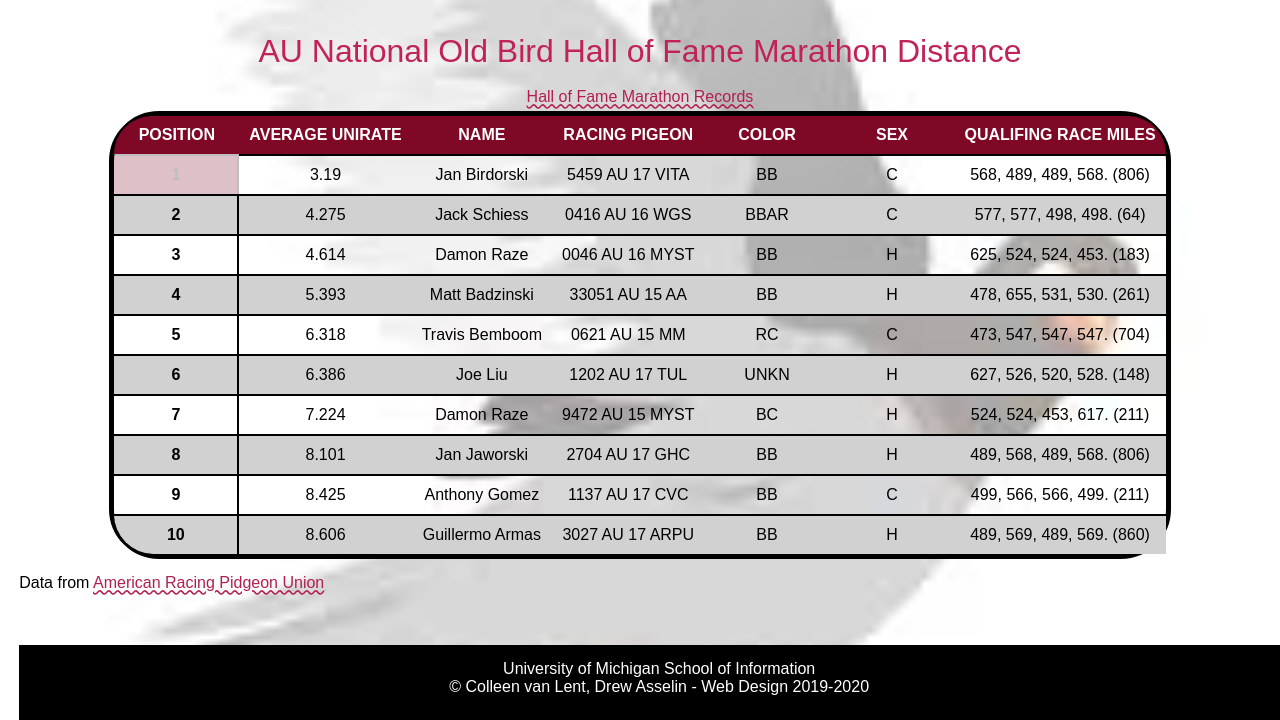
Repository: jiaqili0803/SI_539
Page: hw4-2021-main/hw4-2021-main/index.html
The author's editor kept a copy of each file at every save. The page is drawn from the files as they stood at one save, then again after the next save.
The browser window is 1280 px wide. The pictures show the whole page.
The pointer rests on the first visible `tbody tr th`.
Some web fonts or font styles are not loaded; a fallback is used.

Above is the page before, as saved 2021-10-02 19:10:55.

After the next save:
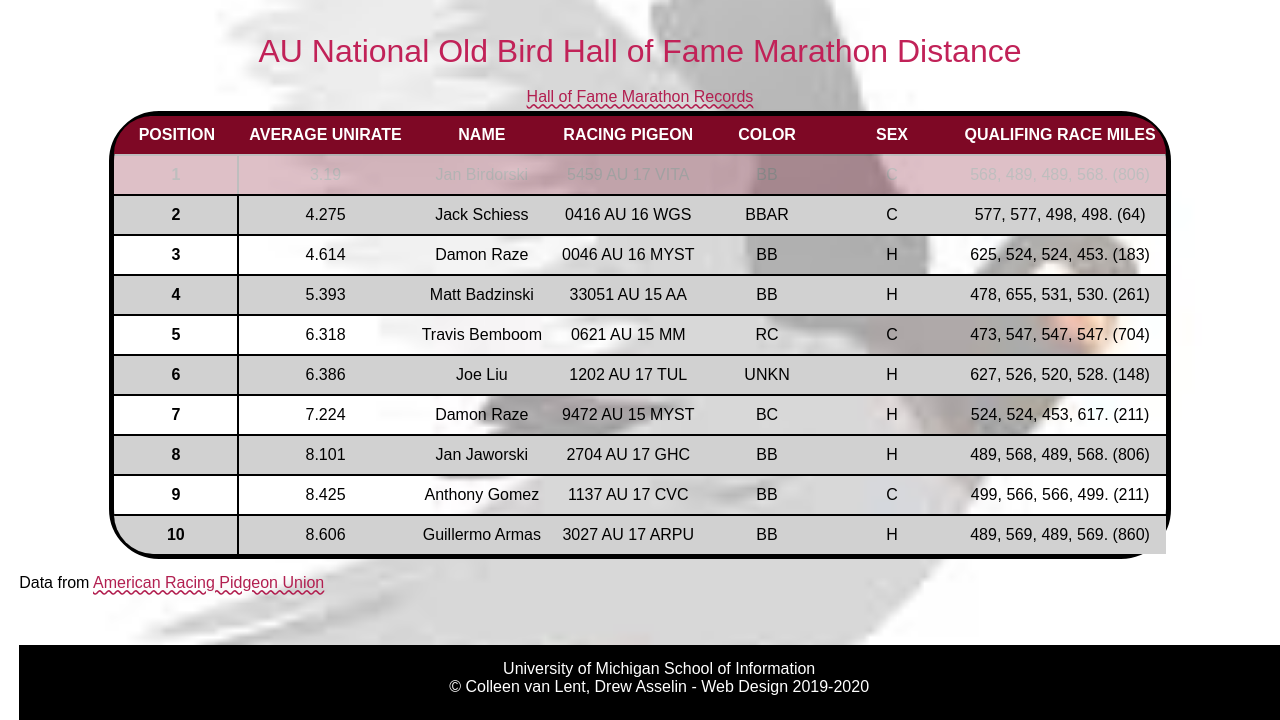
Saved 17 s later.
--- a/hw4-2021-main/hw4-2021-main/css/style.css
+++ b/hw4-2021-main/hw4-2021-main/css/style.css
@@ -133,7 +133,7 @@ tbody tr:nth-child(2n) {
   background-color:#D1D1D1;
 }
 
-tbody tr th:hover {
+tbody tr:hover {
   color: black;
   background-color: #7e0825;
   Opacity: 25%;
